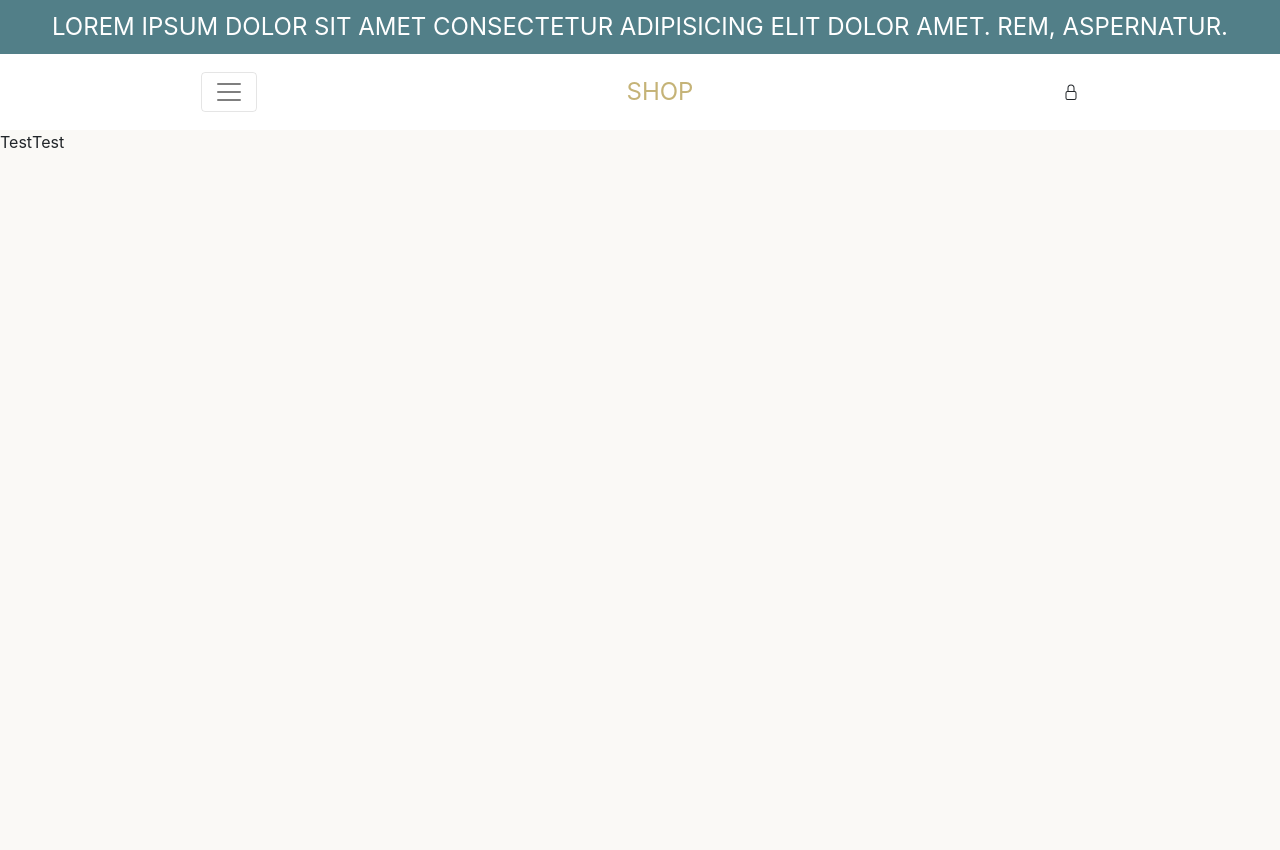
Repository: DaNiels89/frontendassignmentbogbootcamp
Page: index.html
An editor plug-in stored every save of this project. The page is shown before and after the next save, followed by the edit.
The browser window is 1280 px wide. The pictures show the whole page.

Above is the page before, as saved 2020-03-19 18:06:39.

After the next save:
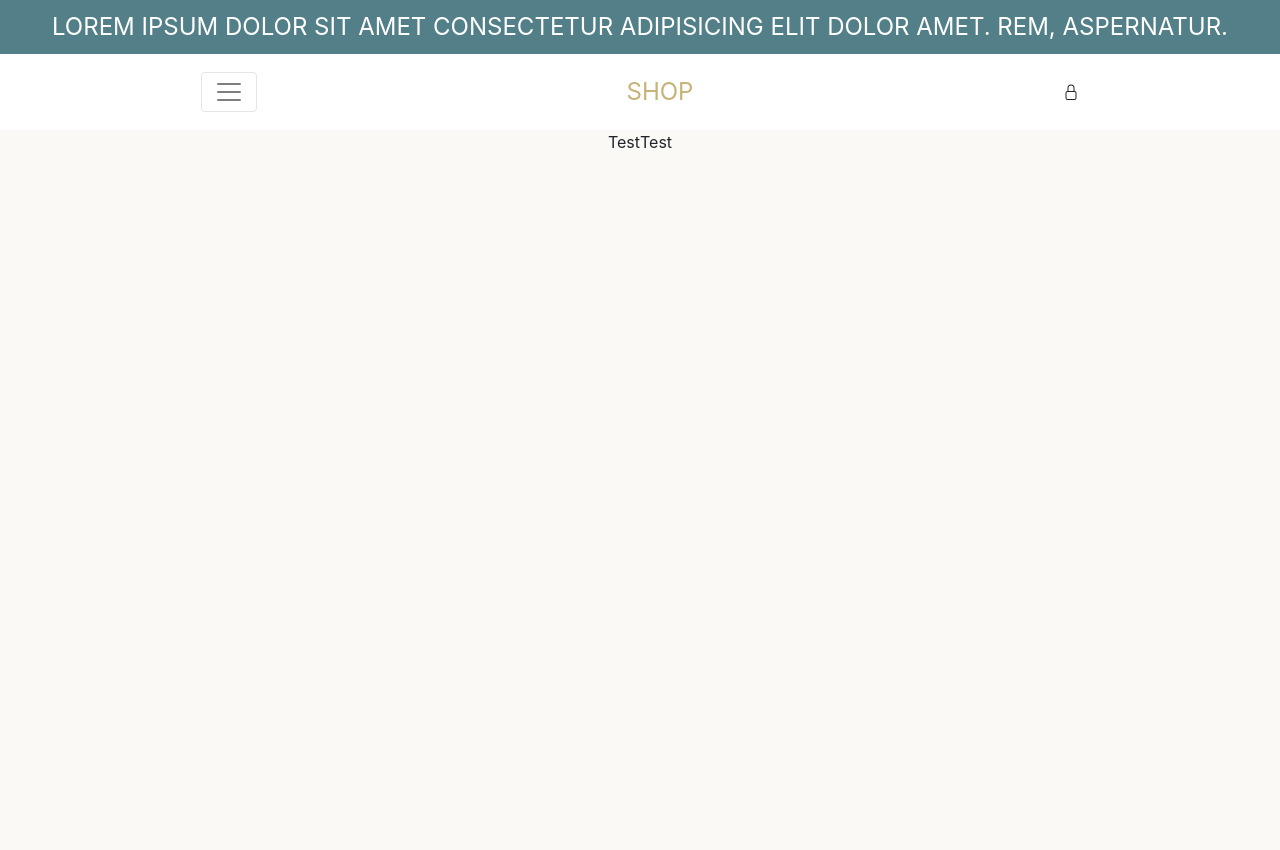
Saved 10 s later.
--- a/css/styles.css
+++ b/css/styles.css
@@ -38,6 +38,6 @@
 }
 
 .carousel-inner-div {
-  display: inline-flex;
+  display: flex;
   justify-content: center;
 }
